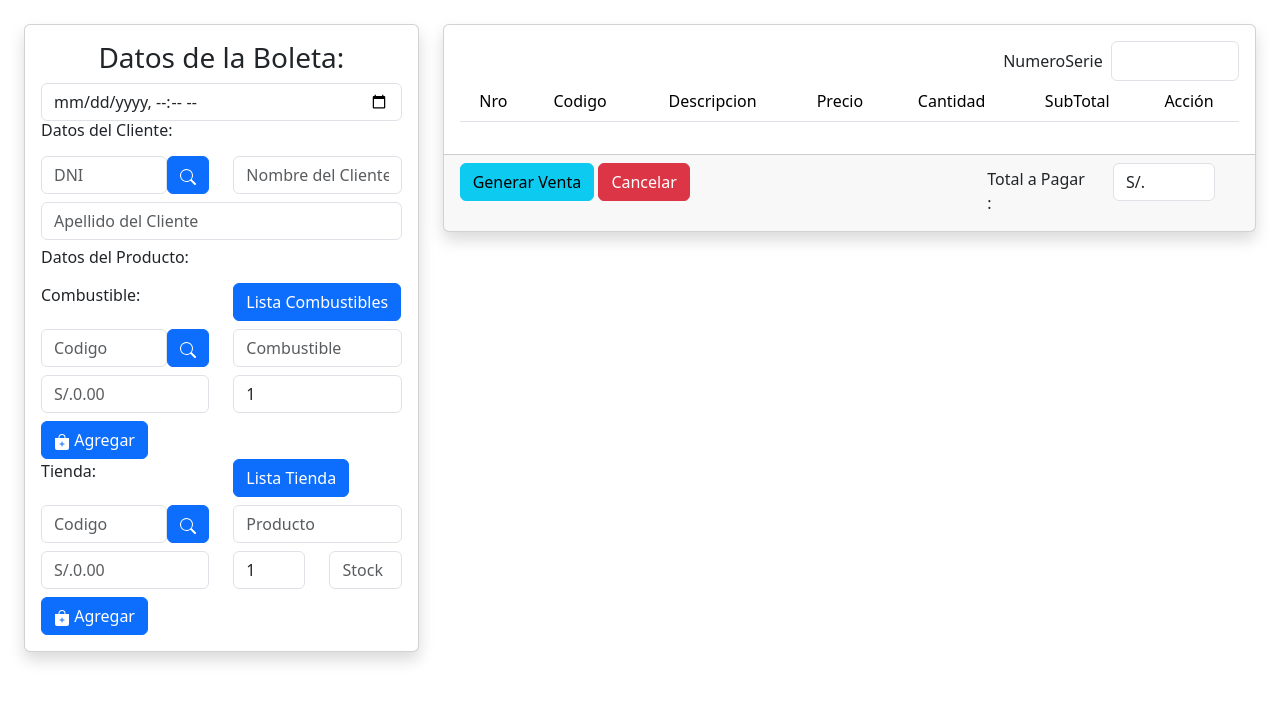
Repository: alexpool1122/evaluaciones
Page: http://localhost/Centenario2023/Ventas.jsp
The author's editor kept a copy of each file at every save. The page is drawn from the files as they stood at one save, then again after the next save.
The browser window is 1280 px wide. The pictures show the whole page.
The page is served by Tomcat 10. Other server files are loaded and not shown. The template is opened directly, without the code that normally fills it, so the values that code supplies are empty.

Above is the page before, as saved 2023-06-27 02:18:44.

### ProyectoFinal/Proyecto/Centenario2023/src/main/webapp/Ventas.jsp
<%@page import="Entidad.Empleado"%>
<%@page import="java.sql.ResultSet"%>
<%@page import="java.sql.PreparedStatement"%>
<%@page import="java.sql.DriverManager"%>
<%@page import="java.sql.Connection"%>
<%@page import="Entidad.Combustible"%>
<%@page import="java.awt.event.ItemEvent"%>
<%@page import="org.apache.tomcat.util.descriptor.tld.TldRuleSet.Variable"%>
<%@page import="org.eclipse.jdt.internal.compiler.ast.ForeachStatement"%>
<%@page import="org.apache.jasper.tagplugins.jstl.core.ForEach"%>
<%@page import="Entidad.Venta"%>
<%@page import="java.util.List"%>
<%@ page language="java" contentType="text/html; charset=ISO-8859-1"
    pageEncoding="ISO-8859-1"%>
<!DOCTYPE html>
<html>
<head>
    <meta charset="utf-8">
    <meta name="viewport" content="width=device-width, initial-scale=1">
    <title>Ventas</title>
    <link href="https://cdn.jsdelivr.net/npm/bootstrap@5.3.0-alpha3/dist/css/bootstrap.min.css" rel="stylesheet" integrity="sha384-KK94CHFLLe+nY2dmCWGMq91rCGa5gtU4mk92HdvYe+M/SXH301p5ILy+dN9+nJOZ" crossorigin="anonymous">
</head>
<body>
	<%
		Class.forName("com.mysql.jdbc.Driver");
		String url = "jdbc:mysql://localhost:3306/BDCentenario23";
		String usuario = "root";
		String clave = "mysql";
		String sql ;
		Connection cn = DriverManager.getConnection(url,usuario,clave) ;
		PreparedStatement pstm ;
		ResultSet rs ;
	%>
	<div class="m-4">
		<div class="row">
			<div class="col-4">
				<div class="card shadow">
					<div class="card-body">
						<h3 class="text-center">Datos de la Boleta:</h3>
						<form action="Controlador?menu=Venta" method="post">
							<div class="form-group">
								<input type="datetime-local" class="form-control">
							</div>
							<div class="form-group row mb-2">
								<h6>Datos del Cliente:</h6>
							</div>
							<div class="form-group row mb-2">
								<div class="col-6 d-flex">
									<input type="text" class="form-control" name="txtDniCliente"id="codCliente" placeholder="DNI" value="${cliente.getDniCliente() }">
									<button type="submit" class="btn btn-primary" value="BuscarCliente" name="accion" id="buscarCliente">
										<svg xmlns="http://www.w3.org/2000/svg" width="16" height="16" fill="currentColor" class="bi bi-search" viewBox="0 0 16 16">
										  <path d="M11.742 10.344a6.5 6.5 0 1 0-1.397 1.398h-.001c.03.04.062.078.098.115l3.85 3.85a1 1 0 0 0 1.415-1.414l-3.85-3.85a1.007 1.007 0 0 0-.115-.1zM12 6.5a5.5 5.5 0 1 1-11 0 5.5 5.5 0 0 1 11 0z"/>
										</svg>
									</button>
								</div>
								<div class="col-6">
										<input type="text" class="form-control" name="txtCliente" value="${cliente.getNomCliente()}" id="nomCliente" placeholder="Nombre del Cliente">
									</div>
								<div class=" mt-2">
									<input type="text" class="form-control" name="txtCliente" value="${cliente.getApeCliente()}" id="nomCliente" placeholder="Apellido del Cliente">
								</div>
							</div>
							<div class="form-group row mb-2">
								<h6>Datos del Producto:</h6>
							</div>
							<div class="form-group row mb-2">
								<div class="col-6">
									<label>Combustible:</label>
								</div>
								<div class="col-6">
									<!-- Button trigger modal -->
									<button type="button" class="btn btn-primary" data-bs-toggle="modal" data-bs-target="#exampleModal">
									  Lista Combustibles
									</button>

									<!-- Modal -->
									<div class="modal fade" id="exampleModal" tabindex="-1" aria-labelledby="exampleModalLabel" aria-hidden="true">
									  <div class="modal-dialog">
									    <div class="modal-content">
									      <div class="modal-header">
									        <h1 class="modal-title fs-5" id="exampleModalLabel">Lista de los Combustibles</h1>
									        <button type="button" class="btn-close" data-bs-dismiss="modal" aria-label="Close"></button>
									      </div>
									      <div class="modal-body">
									        <table class="table">
												<tr>
													<td>Codigo</td>
													<td>Producto</td>
													<td>Capacidad</td>
													<td>Precio</td>
													<td>Estado</td>
												</tr>
												<%
													sql = "select * from productoCombustible";
													pstm = cn.prepareStatement(sql);
													rs = pstm.executeQuery();
													while(rs.next()){
												%>
												<tr>
														<td><%= rs.getString(1) %></td>
														<td><%= rs.getString(2) %></td>
														<td><%= rs.getDouble(3) %></td>
														<td><%= rs.getDouble(4) %></td>
														<td><%= rs.getString(5) %></td>
												</tr>
												<%} %>
											</table>
									      </div>
									      <div class="modal-footer">
									        <button type="button" class="btn btn-danger" data-bs-dismiss="modal">Cerrar</button>
									      </div>
									    </div>
									  </div>
									</div>
								</div>
							</div>
							<div class="form-group row mb-2">
								<div class="col-6 d-flex">
									<input type="text" class="form-control" name="txtCodigo" placeholder="Codigo" value="${combustible.getCodProdComb() }">
									<button type="submit" class="btn btn-primary" value="BuscarCombustible" name="accion" id="buscarCombustible">
										<svg xmlns="http://www.w3.org/2000/svg" width="16" height="16" fill="currentColor" class="bi bi-search" viewBox="0 0 16 16">
										  <path d="M11.742 10.344a6.5 6.5 0 1 0-1.397 1.398h-.001c.03.04.062.078.098.115l3.85 3.85a1 1 0 0 0 1.415-1.414l-3.85-3.85a1.007 1.007 0 0 0-.115-.1zM12 6.5a5.5 5.5 0 1 1-11 0 5.5 5.5 0 0 1 11 0z"/>
										</svg>
									</button>
								</div>
								<div class="col-6">
									<input type="text" class="form-control" name="txtCombustible" placeholder="Combustible" value="${combustible.getNomComb()}">
								</div>
							</div>
							<div class="form-group row mb-2">
								<div class="col-6">
									<input type="text" class="form-control" name="txtPrecio" id="precio" placeholder="S/.0.00" value="${combustible.getPrecio()}">
								</div>
								<div class="col-6">
									<input type="number" class="form-control" name="txtCantidad" id="cantidad" placeholder="Cantidad" value="1"  title="Ingrese un número decimal válido">
								</div>
							</div>
							<div>
								<button type="submit" class="btn btn-primary" value="AgregarCombustible" name="accion" id="agregar">
									<svg xmlns="http://www.w3.org/2000/svg" width="16" height="16" fill="currentColor" class="bi bi-bag-plus-fill" viewBox="0 0 16 16">
									  <path fill-rule="evenodd" d="M10.5 3.5a2.5 2.5 0 0 0-5 0V4h5v-.5zm1 0V4H15v10a2 2 0 0 1-2 2H3a2 2 0 0 1-2-2V4h3.5v-.5a3.5 3.5 0 1 1 7 0zM8.5 8a.5.5 0 0 0-1 0v1.5H6a.5.5 0 0 0 0 1h1.5V12a.5.5 0 0 0 1 0v-1.5H10a.5.5 0 0 0 0-1H8.5V8z"/>
									</svg>
									 Agregar
								</button>
							</div>
							<div class="form-group row mb-2">
								<div class="col-6">
									<label>Tienda:</label>
								</div>
								<div class="col-6">
									<button type="button" class="btn btn-primary" data-bs-toggle="modal" data-bs-target="#listaTienda">
									  Lista Tienda
									</button>
									<!-- Modal -->
									<div class="modal fade" id="listaTienda" tabindex="-1" aria-labelledby="exampleModalLabel" aria-hidden="true">
									  <div class="modal-dialog">
									    <div class="modal-content">
									      <div class="modal-header">
									        <h1 class="modal-title fs-5" id="exampleModalLabel">Lista de los Productos</h1>
									        <button type="button" class="btn-close" data-bs-dismiss="modal" aria-label="Close"></button>
									      </div>
									      <div class="modal-body">
									        <table class="table">
												<tr>
													<td>Codigo</td>
													<td>Producto</td>
													<td>Precio</td>
													<td>Stock</td>
												</tr>
												<%
													sql = "select * from productoTienda";
													pstm = cn.prepareStatement(sql);
													rs = pstm.executeQuery();
													while(rs.next()){
												%>
												<tr>
														<td><%= rs.getString(1) %></td>
														<td><%= rs.getString(2) %></td>
														<td><%= rs.getDouble(5) %></td>
														<td><%= rs.getInt(6) %></td>
												</tr>
												<%} %>
											</table>
									      </div>
									      <div class="modal-footer">
									        <button type="button" class="btn btn-danger" data-bs-dismiss="modal">Cerrar</button>
									      </div>
									    </div>
									  </div>
									</div>
								</div>
							</div>
							<div class="form-group row mb-2">
								<div class="col-6 d-flex">
									<input type="text" class="form-control" name="txtCodPro" id="codProducto" placeholder="Codigo" value="${producto.getCodProdTie()}">
									<button type="submit" class="btn btn-primary" value="BuscarProducto" name="accion" id="buscarProducto">
										<svg xmlns="http://www.w3.org/2000/svg" width="16" height="16" fill="currentColor" class="bi bi-search" viewBox="0 0 16 16">
										  <path d="M11.742 10.344a6.5 6.5 0 1 0-1.397 1.398h-.001c.03.04.062.078.098.115l3.85 3.85a1 1 0 0 0 1.415-1.414l-3.85-3.85a1.007 1.007 0 0 0-.115-.1zM12 6.5a5.5 5.5 0 1 1-11 0 5.5 5.5 0 0 1 11 0z"/>
										</svg>
									</button>
								</div>
								<div class="col-6">
									<input type="text" class="form-control" name="txtProducto" id="nomProducto" placeholder="Producto" value="${producto.getNomProdTie()}">
								</div>
							</div>
							<div class="form-group row mb-2">
								<div class="col-6">
									<input type="text" class="form-control" name="txtPrecioProducto" id="precio" placeholder="S/.0.00" value="${producto.getPrecio()}">
								</div>
								<div class="col-3">
									<input type="number" class="form-control" name="txtCantidadProducto" id="cantidad" placeholder="Cant" value="1">
								</div>
								<div class="col-3">
									<input type="text" class="form-control" name="txtStock" id="stockProducto" placeholder="Stock" value="${producto.getStock()}">
								</div>
							</div>
							<div>
								<button type="submit" class="btn btn-primary" value="AgregarProducto" name="accion" id="agregar">
									<svg xmlns="http://www.w3.org/2000/svg" width="16" height="16" fill="currentColor" class="bi bi-bag-plus-fill" viewBox="0 0 16 16">
									  <path fill-rule="evenodd" d="M10.5 3.5a2.5 2.5 0 0 0-5 0V4h5v-.5zm1 0V4H15v10a2 2 0 0 1-2 2H3a2 2 0 0 1-2-2V4h3.5v-.5a3.5 3.5 0 1 1 7 0zM8.5 8a.5.5 0 0 0-1 0v1.5H6a.5.5 0 0 0 0 1h1.5V12a.5.5 0 0 0 1 0v-1.5H10a.5.5 0 0 0 0-1H8.5V8z"/>
									</svg>
									 Agregar
								</button>
							</div>
						</form>
					</div>
				</div>
			</div>
			<div class="col-8">
				<div class="card shadow">
					<div class="card-body">
						<div class="row">
							<div class="col-8"></div>
							<div class="col-4 d-flex">
								<label class="m-2">NumeroSerie</label>
								<input type="text" class="form-control" value="${nSerie}">
							</div>
						</div>
						<table class="table">
							<tr class="text-center">
								<td>Nro</td>
								<td>Codigo</td>
								<td>Descripcion</td>
								<td>Precio</td>
								<td>Cantidad</td>
								<td>SubTotal</td>
								<td>Acción</td>
							</tr>
							<%
								List<Venta> listaVenta = (List<Venta>) request.getAttribute("ListaVenta");
								if(listaVenta != null){
									for(Venta venta:listaVenta){
							%>
							<tr class="text-center">
								<td><%= venta.getItem() %></td>
								<td><%= venta.getCodProdTie() != null ? venta.getCodProdTie() : venta.getCodProdComb() %></td>
								<td><%= venta.getDescripcion() %></td>
								<td><%= venta.getPrecio() %></td>
								<td><%= venta.getCantidad() %></td>
								<td><%= venta.getSubTotal() %></td>
								<td class="text-center">
									<a href="#" class="btn btn-warning">
										<svg xmlns="http://www.w3.org/2000/svg" width="16" height="16" fill="currentColor" class="bi bi-pencil-square" viewBox="0 0 16 16">
										  <path d="M15.502 1.94a.5.5 0 0 1 0 .706L14.459 3.69l-2-2L13.502.646a.5.5 0 0 1 .707 0l1.293 1.293zm-1.75 2.456-2-2L4.939 9.21a.5.5 0 0 0-.121.196l-.805 2.414a.25.25 0 0 0 .316.316l2.414-.805a.5.5 0 0 0 .196-.12l6.813-6.814z"/>
										  <path fill-rule="evenodd" d="M1 13.5A1.5 1.5 0 0 0 2.5 15h11a1.5 1.5 0 0 0 1.5-1.5v-6a.5.5 0 0 0-1 0v6a.5.5 0 0 1-.5.5h-11a.5.5 0 0 1-.5-.5v-11a.5.5 0 0 1 .5-.5H9a.5.5 0 0 0 0-1H2.5A1.5 1.5 0 0 0 1 2.5v11z"/>
										</svg>
									</a>
									<a href="#" class="btn btn-danger">
										<svg xmlns="http://www.w3.org/2000/svg" width="16" height="16" fill="currentColor" class="bi bi-trash" viewBox="0 0 16 16">
										  <path d="M5.5 5.5A.5.5 0 0 1 6 6v6a.5.5 0 0 1-1 0V6a.5.5 0 0 1 .5-.5Zm2.5 0a.5.5 0 0 1 .5.5v6a.5.5 0 0 1-1 0V6a.5.5 0 0 1 .5-.5Zm3 .5a.5.5 0 0 0-1 0v6a.5.5 0 0 0 1 0V6Z"/>
										  <path d="M14.5 3a1 1 0 0 1-1 1H13v9a2 2 0 0 1-2 2H5a2 2 0 0 1-2-2V4h-.5a1 1 0 0 1-1-1V2a1 1 0 0 1 1-1H6a1 1 0 0 1 1-1h2a1 1 0 0 1 1 1h3.5a1 1 0 0 1 1 1v1ZM4.118 4 4 4.059V13a1 1 0 0 0 1 1h6a1 1 0 0 0 1-1V4.059L11.882 4H4.118ZM2.5 3h11V2h-11v1Z"/>
										</svg>
									</a>
								</td>
							</tr>
							<%		}
								}%>

								<%
								List<Venta> listaVentaC = (List<Venta>) request.getAttribute("ListaVentaC");
								if(listaVentaC != null){
									for(Venta ventaC:listaVentaC){
							%>
							<tr class="text-center">
								<td><%= ventaC.getItem() %></td>
								<td><%= ventaC.getCodProdComb() != null ? ventaC.getCodProdComb() : ventaC.getCodProdTie() %></td>
								<td><%= ventaC.getDescripcion() %></td>
								<td><%= ventaC.getPrecio() %></td>
								<td><%= ventaC.getCantidad() %></td>
								<td><%= ventaC.getSubTotal() %></td>
								<td class="text-center">
									<a href="#" class="btn btn-warning">
										<svg xmlns="http://www.w3.org/2000/svg" width="16" height="16" fill="currentColor" class="bi bi-pencil-square" viewBox="0 0 16 16">
										  <path d="M15.502 1.94a.5.5 0 0 1 0 .706L14.459 3.69l-2-2L13.502.646a.5.5 0 0 1 .707 0l1.293 1.293zm-1.75 2.456-2-2L4.939 9.21a.5.5 0 0 0-.121.196l-.805 2.414a.25.25 0 0 0 .316.316l2.414-.805a.5.5 0 0 0 .196-.12l6.813-6.814z"/>
										  <path fill-rule="evenodd" d="M1 13.5A1.5 1.5 0 0 0 2.5 15h11a1.5 1.5 0 0 0 1.5-1.5v-6a.5.5 0 0 0-1 0v6a.5.5 0 0 1-.5.5h-11a.5.5 0 0 1-.5-.5v-11a.5.5 0 0 1 .5-.5H9a.5.5 0 0 0 0-1H2.5A1.5 1.5 0 0 0 1 2.5v11z"/>
										</svg>
									</a>
									<a href="#" class="btn btn-danger">
										<svg xmlns="http://www.w3.org/2000/svg" width="16" height="16" fill="currentColor" class="bi bi-trash" viewBox="0 0 16 16">
										  <path d="M5.5 5.5A.5.5 0 0 1 6 6v6a.5.5 0 0 1-1 0V6a.5.5 0 0 1 .5-.5Zm2.5 0a.5.5 0 0 1 .5.5v6a.5.5 0 0 1-1 0V6a.5.5 0 0 1 .5-.5Zm3 .5a.5.5 0 0 0-1 0v6a.5.5 0 0 0 1 0V6Z"/>
										  <path d="M14.5 3a1 1 0 0 1-1 1H13v9a2 2 0 0 1-2 2H5a2 2 0 0 1-2-2V4h-.5a1 1 0 0 1-1-1V2a1 1 0 0 1 1-1H6a1 1 0 0 1 1-1h2a1 1 0 0 1 1 1h3.5a1 1 0 0 1 1 1v1ZM4.118 4 4 4.059V13a1 1 0 0 0 1 1h6a1 1 0 0 0 1-1V4.059L11.882 4H4.118ZM2.5 3h11V2h-11v1Z"/>
										</svg>
									</a>
								</td>
							</tr>
							<%		}
								}%>
						</table>
					</div>
					<div class="card-footer">
						<div class="row">
							<div class="col-6">
								<input class="btn btn-info" type="submit" value="Generar Venta" name="agregar" id="agregar">
								<input class="btn btn-danger" type="submit" value="Cancelar" name="agregar" id="Cancelar">
							</div>
							<div class="col-6 row">
								<div class="col-4"></div>
								<div class="col-4 d-flex">
									<label class="form-label w-100 mt-1">Total a Pagar :</label>
								</div>
								<div class="col-4">
									<input type="text" class="form-control" value="S/. ${TotalPagar}">
								</div>
							</div>
						</div>
					</div>
				</div>
			</div>
		</div>
	</div>
	<script src="https://cdn.jsdelivr.net/npm/bootstrap@5.3.0-alpha3/dist/js/bootstrap.bundle.min.js" integrity="sha384-ENjdO4Dr2bkBIFxQpeoTz1HIcje39Wm4jDKdf19U8gI4ddQ3GYNS7NTKfAdVQSZe" crossorigin="anonymous"></script>
</body>
</html>

After the next save:
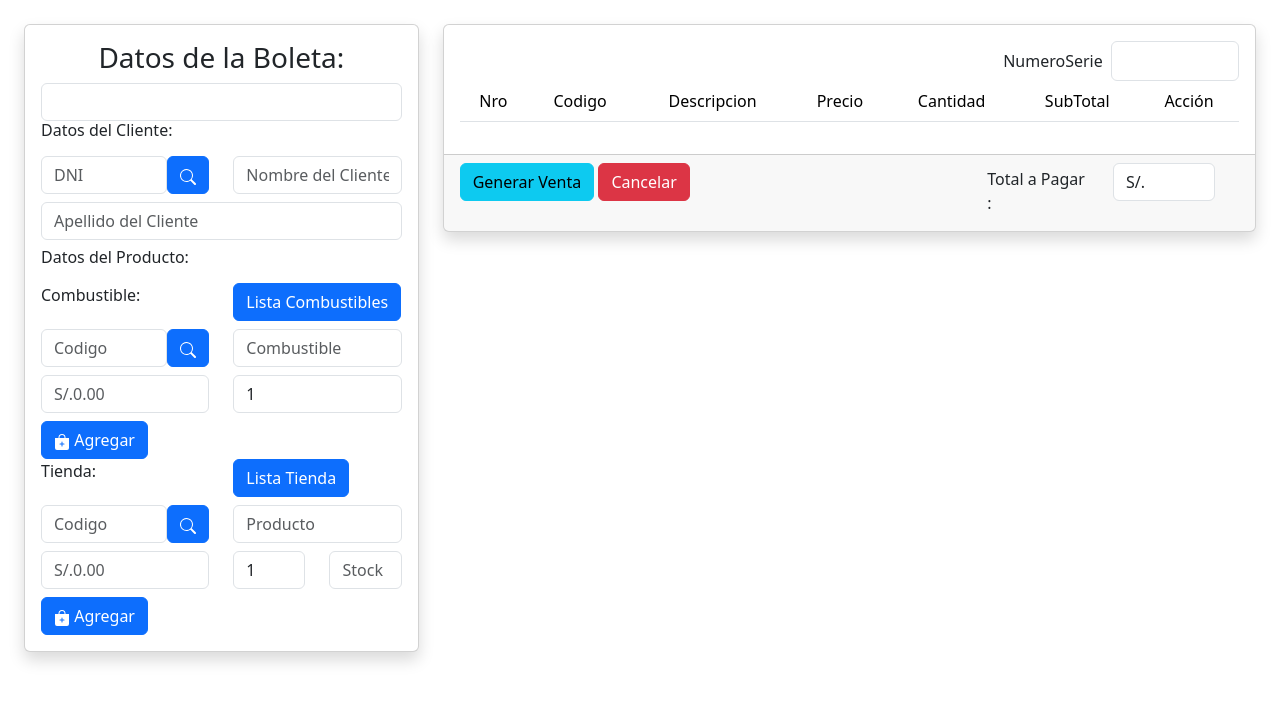
Saved 16 s later.
--- a/ProyectoFinal/Proyecto/Centenario2023/src/main/webapp/Ventas.jsp
+++ b/ProyectoFinal/Proyecto/Centenario2023/src/main/webapp/Ventas.jsp
@@ -39,7 +39,7 @@
 						<h3 class="text-center">Datos de la Boleta:</h3>
 						<form action="Controlador?menu=Venta" method="post">
 							<div class="form-group">
-								<input type="datetime-local" class="form-control">
+								<input type="datetime" class="form-control">
 							</div>
 							<div class="form-group row mb-2">
 								<h6>Datos del Cliente:</h6>
